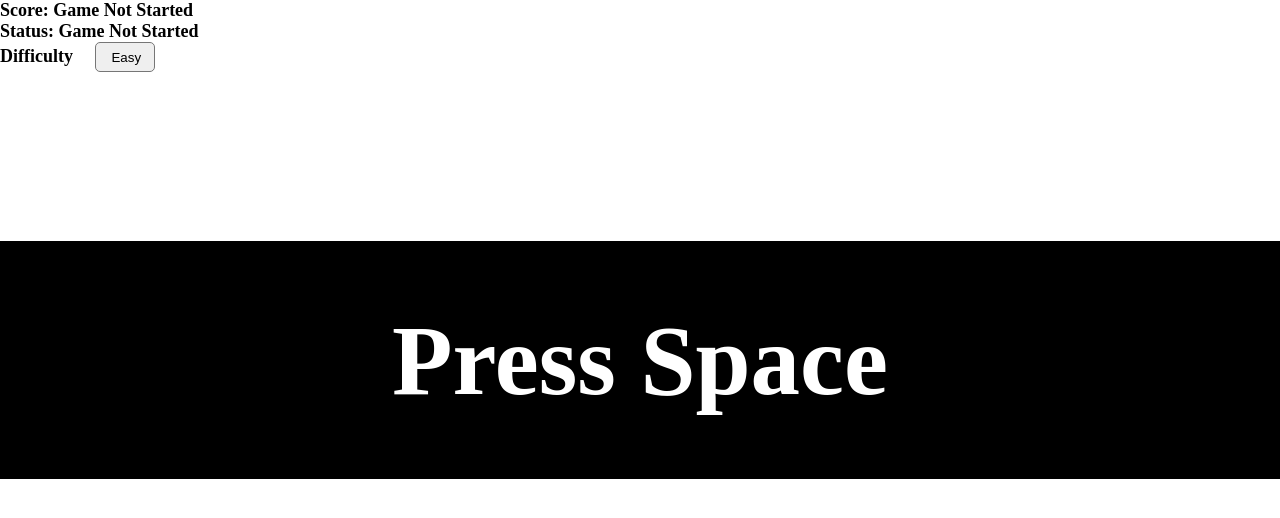
Repository: lulyany/bytedance_hw2
Page: test.html
The author's editor kept a copy of each file at every save. The page is drawn from the files as they stood at one save, then again after the next save.
The browser window is 1280 px wide. The pictures show the whole page.

Above is the page before, as saved 2022-03-12 02:38:50.

After the next save:
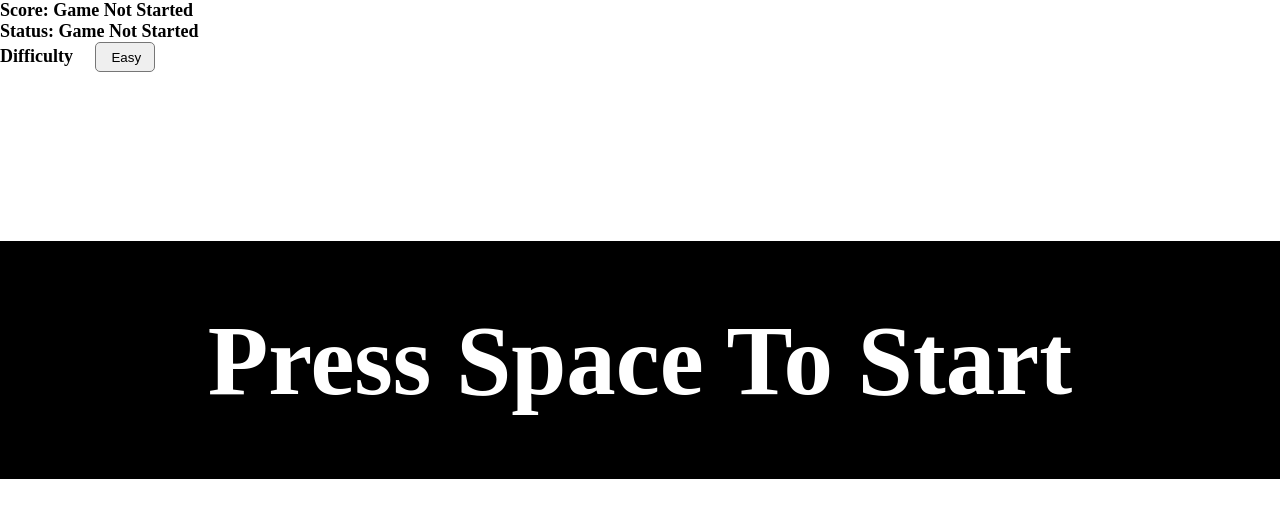
Saved 8 s later.
--- a/test.html
+++ b/test.html
@@ -10,7 +10,7 @@
 </head>
 
 <body>
-  <div id="Start_game"><span data-text="" >Press Space</span></div>
+  <div id="Start_game"><span data-text="" >Press Space To Start</span></div>
   <div id="score"><span>Score:</span> <strong>Game Not Started</strong></div>
   <div id="dir"><span>Status:</span> <strong>Game Not Started</strong></div>
   <div id="diff"><span>Difficulty</span>
